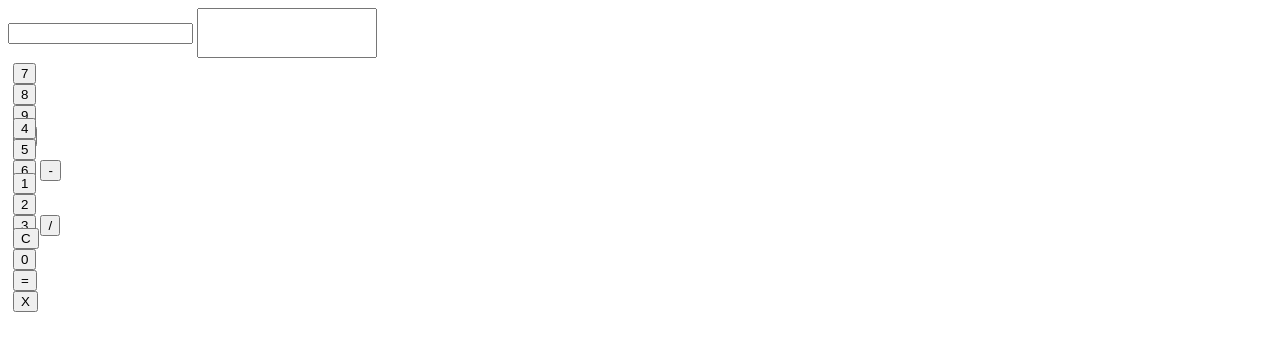
Repository: jun01270/calculator
Page: caculator.html
An editor plug-in stored every save of this project. The page is shown before and after the next save, followed by the edit.
The browser window is 1280 px wide. The pictures show the whole page.

Above is the page before, as saved 2023-07-31 19:34:14.

### caculator.html
<!DOCTYPE html>
<html lang="en">
  <head>
    <meta charset="UTF-8" />
    <meta name="viewport" content="width=device-width, initial-scale=1.0" />
    <link rel="stylesheet" type="text/css" href="/index.css" />
    <title>Document</title>
  </head>
  <body>
    <div>
      <input type="text" id="operator" /> <input type="number" id="result" />
    </div>
    <div class="row">
      <button id="num-7">7</button>
      <button id="num-8">8</button>
      <button id="num-9">9</button>
      <button id="plus">+</button>
    </div>
    <div class="row">
      <button id="num-4">4</button>
      <button id="num-5">5</button>
      <button id="num-6">6</button>
      <button id="minus">-</button>
    </div>
    <div class="row">
      <button id="num-1">1</button>
      <button id="num-2">2</button>
      <button id="num-3">3</button>
      <button id="divde">/</button>
    </div>
    <div class="row">
      <button id="clear">C</button>
      <button id="num-0">0</button>
      <button id="calculate">=</button>
      <button id="mutiply">X</button>
    </div>
  </body>
</html>

### index.css
* {
  box-sizing: border-box;
}

#result {
  width: 180px;
  height: 50px;
}

.row {
  width: 50px;
  height: 50px;
  margin: 5px;
}

After the next save:
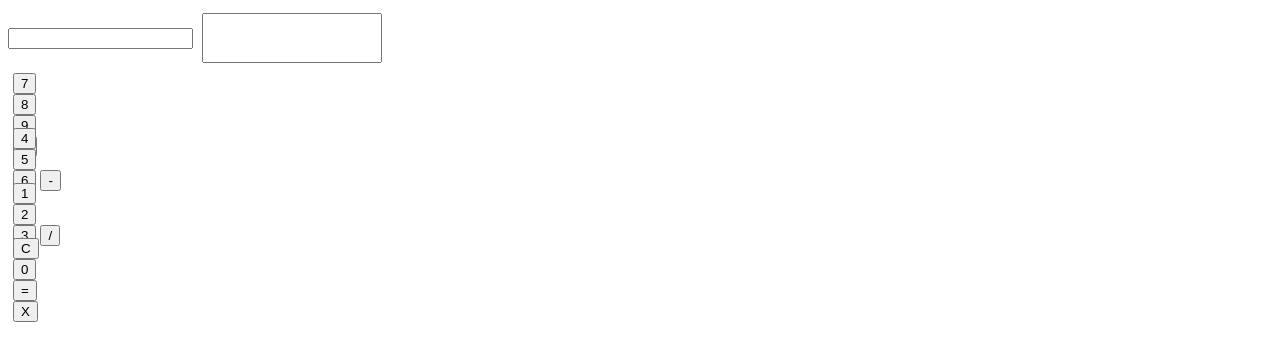
Saved 13 s later.
--- a/index.css
+++ b/index.css
@@ -5,6 +5,8 @@
 #result {
   width: 180px;
   height: 50px;
+  margin: 5px;
+  text-align: right;
 }
 
 .row {
